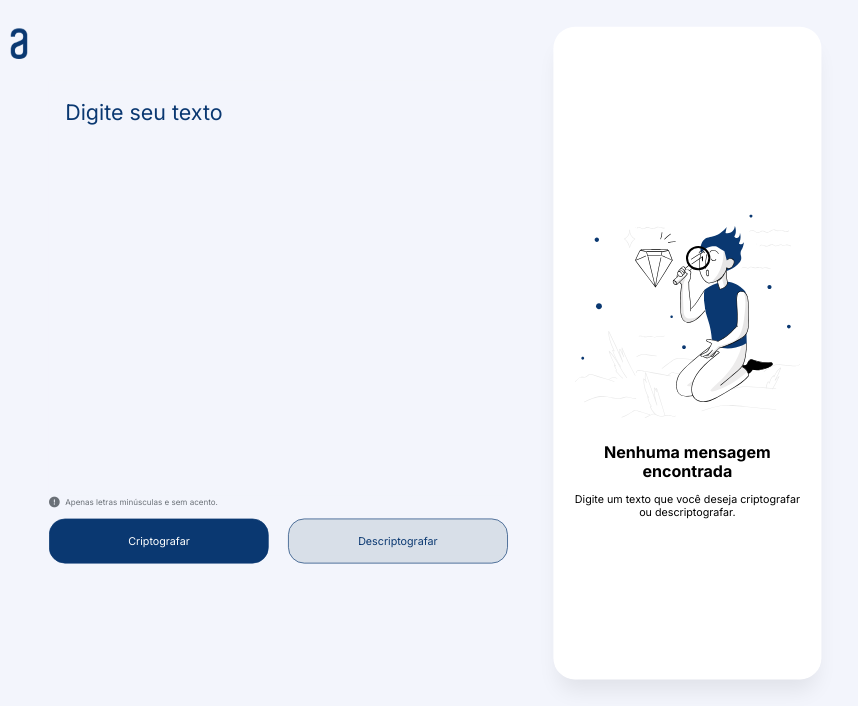
Repository: CarlosEduardoVdeOliveira/descodificador-de-texto
Page: index.html
The author's editor kept a copy of each file at every save. The page is drawn from the files as they stood at one save, then again after the next save.
The browser window is 1280 px wide. The pictures show the whole page, at 67% of full size.

Above is the page before, as saved 2023-04-13 15:39:53.
Console error: TypeError: Cannot read properties of null (reading 'addEventListener')

### index.html
<!DOCTYPE html>
<html lang="en">
<head>
   <meta charset="UTF-8">
   <link rel="preconnect" href="https://fonts.googleapis.com">
   <link rel="preconnect" href="https://fonts.gstatic.com" crossorigin>
   <meta http-equiv="X-UA-Compatible" content="IE=edge">
   <meta name="viewport" content="width=device-width, initial-scale=1.0">
   <link href="https://fonts.googleapis.com/css2?family=Inter:wght@400;700&display=swap" rel="stylesheet">
   <link rel="stylesheet" href="https://cdnjs.cloudflare.com/ajax/libs/font-awesome/6.4.0/css/all.min.css" integrity="sha512-iecdLmaskl7CVkqkXNQ/ZH/XLlvWZOJyj7Yy7tcenmpD1ypASozpmT/E0iPtmFIB46ZmdtAc9eNBvH0H/ZpiBw==" crossorigin="anonymous" referrerpolicy="no-referrer" />
   <link rel="stylesheet" href="/src/styles/reset.css">
   <link rel="stylesheet" href="/src/styles/index.css">
   <link rel="stylesheet" href="/src/styles/tablet.css">
   <link rel="stylesheet" href="/src/styles/mobile.css">
   <title>Decodificador</title>
</head>
<body>
   <main>
      <img src="/src/images/imageLogo2.png"
         alt="letra a da logo da escola de programação Alura">
      <div class="highlight">
         <textarea placeholder="Digite seu texto" autofocus></textarea>
         <div class="info">
            <span>
               <i class="fa-solid fa-circle-exclamation"></i>
               Apenas letras minúsculas e sem acento.
            </span>
            <div class="info-group-button">
               <button class="button-cryptography">Criptografar</button>
               <button class="button-decryption">Descriptografar</button>
            </div>
         </div>
      </div>
      <div class="text-cryption">
         <img src="/src/images/imageHighLight.svg" alt="">
         <div>
            <h2>Nenhuma mensagem encontrada</h2>
            <p>
               Digite um texto que você deseja criptografar ou descriptografar.
            </p>
         </div>

      </div>
   </main>
   <script src="/src/scripts/index.js"></script>
</body>
</html>

### src/styles/reset.css
:root{
   --light-gray: #D8DFE8;
   --gray-100: #CED4DA;
   --gray-200: #ADB5BD;
   --gray-300: #868E96;
   --gray-400: #495057;
   --gray-500: #343A40;
   --light-blue-100: #F3F5FC;
   --light-blue-200: #EFF1FA;
   --light-blue-300: #E9ECF8;
   --light-blue-400: #AAB2D5;
   --light-blue-500: #757FB2;
   --dark-blue-100: #609ED4;
   --dark-blue-200: #356EA9;
   --dark-blue-300: #0A3871;
   --dark-blue-400: #072B61;
   --dark-blue-500: #052051;
}
*{
   margin: 0;
   padding: 0;
   box-sizing: border-box;
}

html, input, textarea, button{
   background-color: var(--light-blue-100);
   font-family:  'Inter', sans-serif;
   font-size: 1rem;
   -webkit-font-smoothing: antialiased;
   -moz-osx-font-smoothing: grayscale;
}

### src/styles/index.css
body{
   background-color: var(--light-blue-100);
}
img{
   width: 1.943rem;
   height: 3rem;
   margin-top: 2.5rem;
}
main {
   display: flex;
   justify-content: space-around;
   align-items: self-start;
   margin: 0 auto;
}
.highlight{
   display: flex;
   flex-direction: column;
   margin-top: 7.5rem;
}
textarea{
   width: 100%;
   height: calc(100vh - 100px);
   font-size: 32px;
   line-height: 150%;
   background-color: var(--light-blue-100);
   color: var(--dark-blue-300);
   border: none;
   resize: none;
   margin: 0 auto;
   padding: 1.5rem;
}
textarea:focus{
   outline: 0;
}

textarea::placeholder{
   color: var(--dark-blue-300);
}
span{
   display: flex;
   align-items: center;
   font-size: 12px;
   color: var(--gray-400);
   line-height: 150%;
   opacity: 0.8;
   margin-bottom: 1rem;
}
i{
   color: var(--gray-400);
   margin-right: 0.5rem;
   font-size: 1rem;
}

button{
   padding: 1.5rem;
   width: 328px;
   height: 67px;
   border-radius: 1.5rem;
   cursor: pointer;
   font-size: 1rem;
   line-height: 19px;
   border: 1px solid var(--dark-blue-300);
   transition: all .2s;
}
.info{
   background-color: var(--light-blue-100);
}
.info .button-cryptography{
   background-color: var(--dark-blue-300);
   color: white;
   margin-right: 1.5rem;
}
.info .button-cryptography:hover{
   background-color: var(--dark-blue-400);
}
.info .button-decryption{
   background: var(--light-gray);
   color: var(--dark-blue-300);
}
.info .button-decryption:hover{
   background-color: var(--light-blue-200);
}
.text-cryption{
   width: 25rem;
   margin: 2.5rem;
   padding: 15rem 2rem;
   text-align: center;
   background-color: white;
   /* shadow */
   box-shadow: 0px 24px 32px -8px rgba(0, 0, 0, 0.08);
   border-radius: 32px;
}
.text-cryption img{
   width: 21rem;
   height: 19rem;
}
.text-cryption div{
   display: flex;
   flex-direction: column;

   margin-top: 2rem;
   padding: 0px;
   gap: 16px;
}

textarea.textarea-output{
   font-size: 1.5rem;
   color: var(--gray-400);
   height: calc(100vh - 100px);
   padding: 1rem;
}
.text-cryption-whit-text{
   padding: 1rem;
}

.button-copy-cryption{
   background-color: white;
}
.button-copy-cryption:hover{
   background-color: var(--light-blue-200);
}

### src/styles/tablet.css
@media (max-width: 768px) {
   main{
      display: block;
   }
   img{
      margin: 1rem;
   }
   .textarea-input{
      margin: 0 auto;
   }
   .info{
      display: flex;
      flex-direction: column;
      margin: 0 auto;
   }
   .text-cryption{
      width: 43rem;
      height: 8.313rem;
      padding: 0;
      margin: 1.5rem auto;
   }
   .text-cryption img{
      display: none;
   }
}

### src/styles/mobile.css
@media (max-width: 375px) {
   img{
      margin: 1rem;
   }
   .info{
      margin: 0 auto;
   }
   .info-group-button{
      display: flex;
      flex-direction: column;
   }
   .info-group-button .button-cryptography{
      margin-bottom: 1.5rem;
   }
   .text-cryption{
      width: 20.438rem;
      height: 11.625rem;
      padding: 0;
      margin: 1.5rem auto;
   }
}

### src/scripts/index.js
const elementTextarea = document.querySelector("textarea");
const areaCryption = document.querySelector(".text-cryption");
const buttonCryptography = document.querySelector(".button-cryptography");
const buttonDecryption = document.querySelector(".button-decryption");


function encryptText(){
   const textareaValue = elementTextarea.value;

   if ( textareaValue.length > 0) {
      areaCryption.classList.add("text-cryption-whit-text")
      return areaCryption.innerHTML = `
         <textarea class="textarea-output" disabled>${textareaValue}</textarea>
         <button class="button-copy" id='copy'>Copiar</button>
      `;

   }
   return alert("Preencha o campo!")
}

function decryptText(){
   const textareaValue = elementTextarea.value;
   if ( textareaValue.length > 0) {
      areaCryption.classList.add("text-cryption-whit-text");
      areaCryption.innerHTML = `
         <textarea class="textarea-output">${textareaValue}</textarea>
         <button class="button-copy" id="copy">Copiar</button>
      `;

   }
   return alert("Preencha o campo!")
}
const buttonCopy = document.querySelector("#copy");
function copyText(){
   const textareaOutput = document.querySelector('textarea .textarea-output');
   textareaOutput.select();
   document.execCommand('copy')
}

buttonCryptography.addEventListener('click', encryptText);
buttonDecryption.addEventListener('click', decryptText);
buttonCopy.addEventListener('click', copyText);

/**
 * a b c d e f g h i j k l m n o p q r s t u v w x y z
 * jhysvz
 * carlos
 */

After the next save:
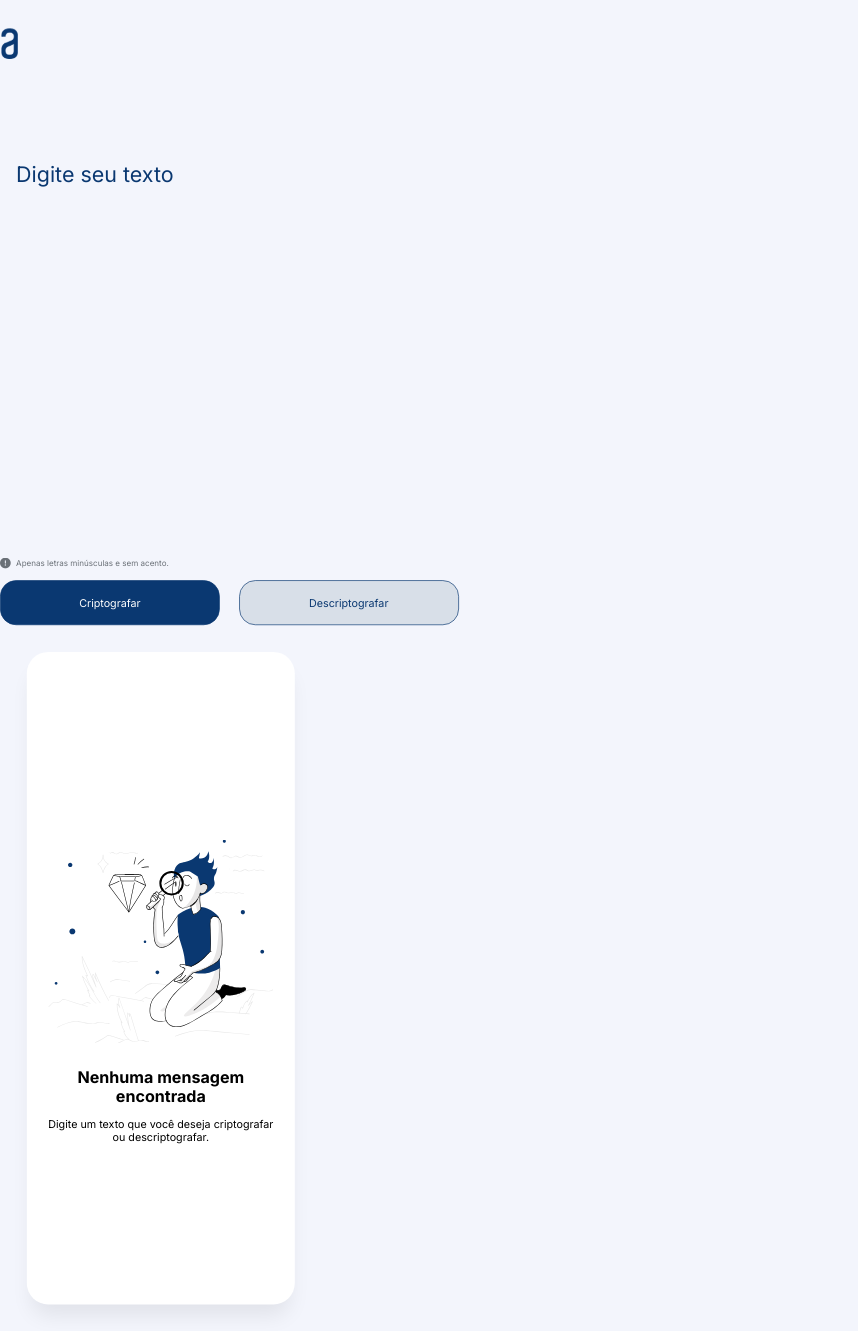
Saved 8 s later.
--- a/index.html
+++ b/index.html
@@ -15,7 +15,7 @@
    <title>Decodificador</title>
 </head>
 <body>
-   <main>
+   <section>
       <img src="/src/images/imageLogo2.png"
          alt="letra a da logo da escola de programação Alura">
       <div class="highlight">
@@ -41,7 +41,7 @@
          </div>
 
       </div>
-   </main>
+   </section>
    <script src="/src/scripts/index.js"></script>
 </body>
 </html>

After the save that followed:
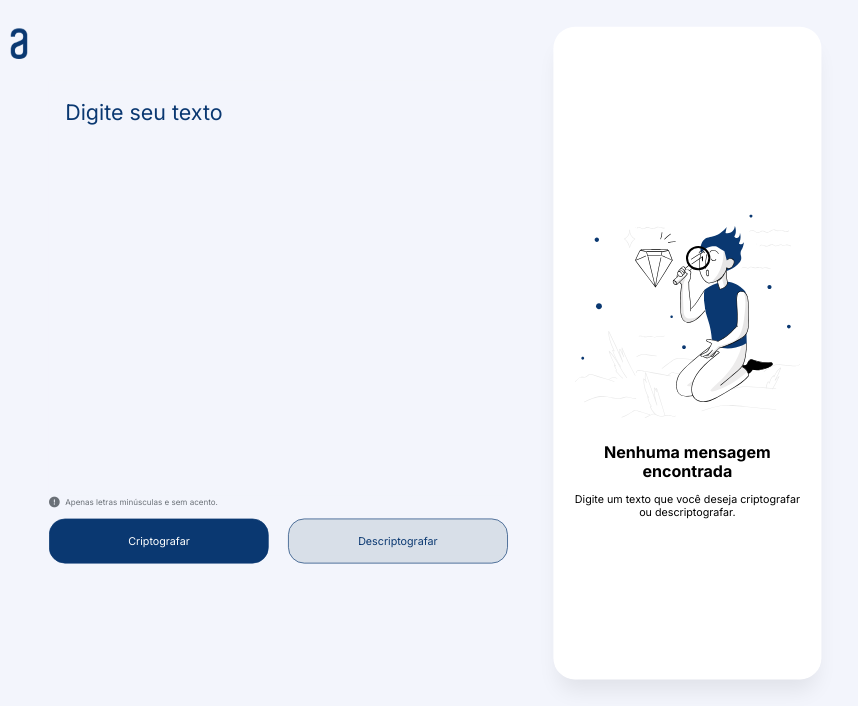
Saved 22 s later.
--- a/src/styles/index.css
+++ b/src/styles/index.css
@@ -6,7 +6,7 @@ img{
    height: 3rem;
    margin-top: 2.5rem;
 }
-main {
+section {
    display: flex;
    justify-content: space-around;
    align-items: self-start;
